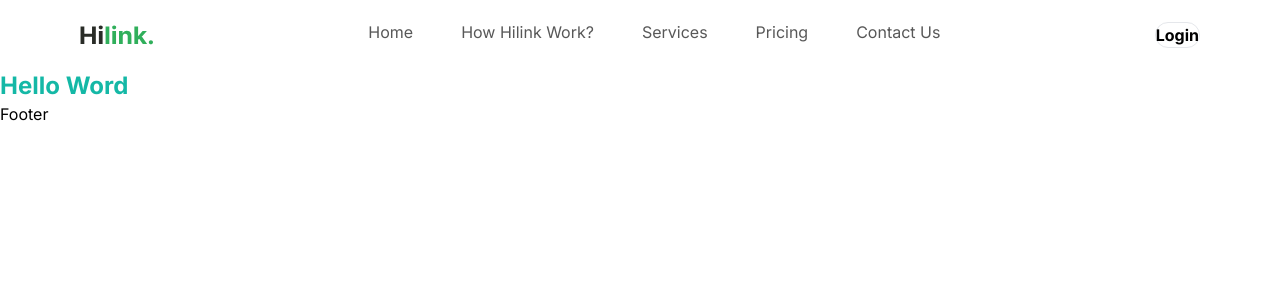
Repository: MikeeBuilds/camp
Page: /
The author's editor kept a copy of each file at every save. The page is drawn from the files as they stood at one save, then again after a run of saves.
The browser window is 1280 px wide. The pictures show the whole page.
The project was rebuilt for these pictures with package versions that can differ from the ones it lists, and the page was loaded fresh each time. The framework's server and built-in components were replaced by stand-ins that run in the browser. Also part of the build but not shown: next.config.js.

Above is the page before, as saved 2023-11-24 20:16:34.

After the next 2 saves:
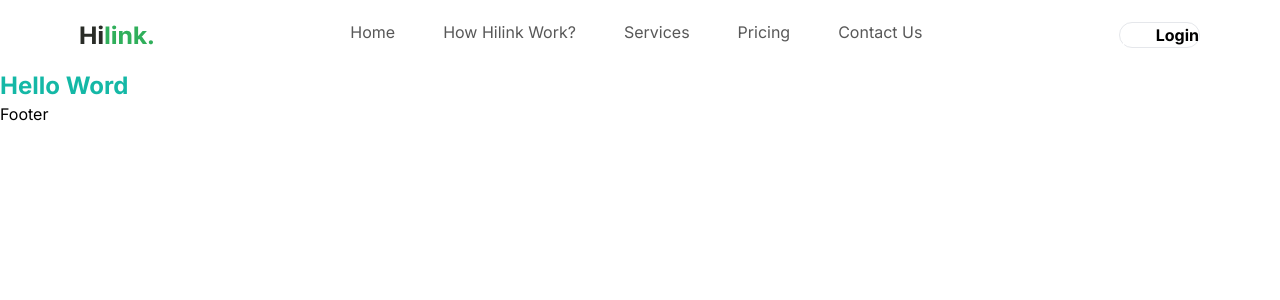
The 2 saves are shown as one change because they came seconds apart.
The last was saved 8 s later.
--- a/components/Navbar.tsx
+++ b/components/Navbar.tsx
@@ -22,7 +22,8 @@ const Navbar = () => {
                 <Button
                     type="button"
                     title="Login"
-                    icon=""
+                    icon="/user.svg"
+
                 />
             </div>
         </nav>
